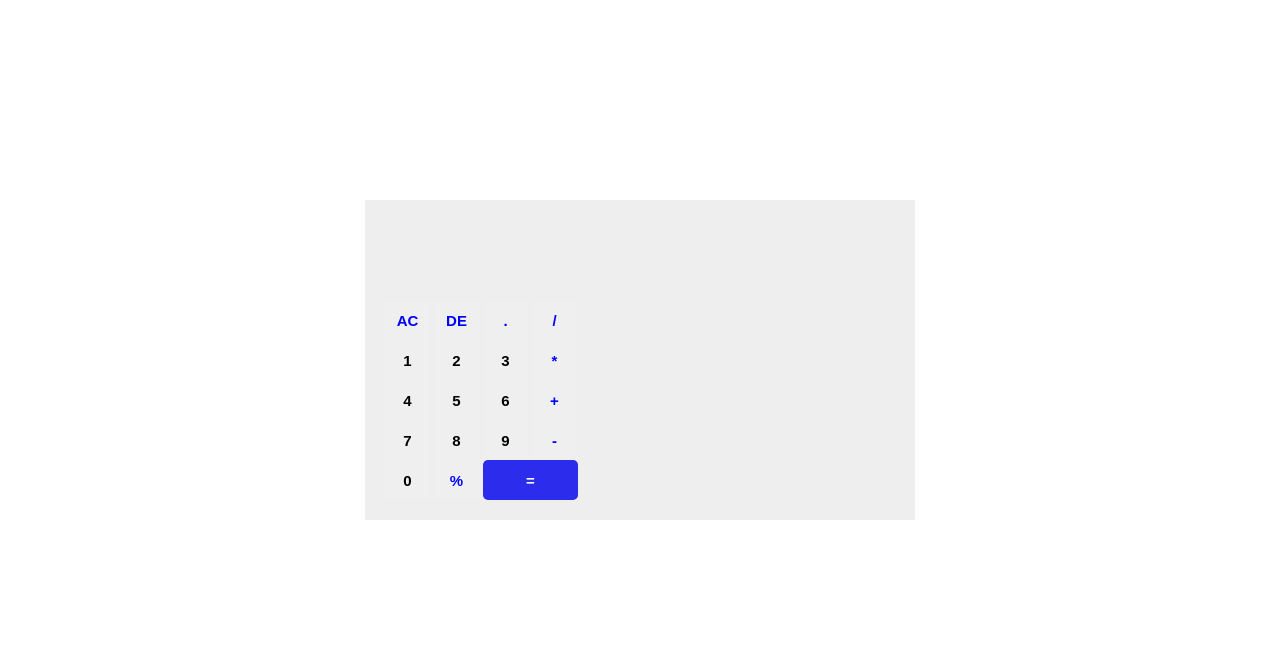
Repository: jerrys-arch/web-calculator
Page: index.html
The author's editor kept a copy of each file at every save. The page is drawn from the files as they stood at one save, then again after a run of saves.
The browser window is 1280 px wide. The pictures show the whole page.

Above is the page before, as saved 2024-11-30 15:37:50.

### index.html
<!DOCTYPE html>
<html lang="en">
<head>
    <meta charset="UTF-8">
    <meta name="viewport" content="width=device-width, initial-scale=1.0">
    <title>calculator</title>
    <link rel="stylesheet" href="styles.css">
</head>
<body>
    <div class="container">
        <div class="calculator">
            <form>
            <div class="display">
                <input id="display" type="text" disabled>
            </div>
            <div class="btn">
                <input type="button" value="AC" class="operator" onclick="clearDisplay()">
                <input type="button" value="DE" class="operator" onclick="deleteLast()">
                <input type="button" value="." class="operator" onclick="appendToDisplay('.')">
                <input type="button" value="/" class="operator" onclick="appendToDisplay('/')">
            </div>
            <div class="btn">
                <input type="button" value="1" onclick="appendToDisplay('1')">
                <input type="button" value="2" onclick="appendToDisplay('2')">
                <input type="button" value="3" onclick="appendToDisplay('3')">
                <input type="button" value="*" class="operator" onclick="appendToDisplay('*')">
            </div>
            <div>
                <input type="button" value="4" onclick="appendToDisplay('4')">
                <input type="button" value="5" onclick="appendToDisplay('5')">
                <input type="button" value="6" onclick="appendToDisplay('6')">
                <input type="button" value="+" class="operator" onclick="appendToDisplay('+')">
            </div>
            <div class="btn">
                <input type="button" value="7" onclick="appendToDisplay('7')" >
                <input type="button" value="8" onclick="appendToDisplay('8')">
                <input type="button" value="9" onclick="appendToDisplay('9')">
                <input type="button" value="-" class="operator" onclick="appendToDisplay('-')">
            </div>
            <div class="btn">
                <input type="button" value="0" onclick="appendToDisplay('0')">
                <input type="button" value="%" class="operator" onclick="calculatePercent()">
                <input type="button" value="=" id="equal" onclick="calculateResult()">
            </div>
        </form>
        </div>
    </div>
    <script src="script.js"></script>
</body>
</html>

### styles.css
*{
    margin:0;
    padding:0;
    box-sizing: border-box;
}

.container{
    display:flex;
    align-items: center;
    justify-content: center;
    height:100vh;
}
.calculator{
    align-items: center;
    padding:20px;
    width:550px;
    background: #eee;
}
.calculator form input{
    width:45px;
    height:40px;
   /* padding: 10px;*/
    border:none;
    font-size: 15px;
    font-weight: bold;
}
.calculator form .display{
   padding: 20px;

}
.calculator form #display{
   width:100%;
   border:none;
   background: transparent;
   text-align: right;

}
.calculator form #equal{
    width:95px;
    background: rgb(44, 44, 236);
    border:none;
   color:white;
   border-radius: 5px;
}
.operator{
    color:blue;
}
@media(max-width:480px){

    .calculator{
        width:;
    }
    .calculator form #equal{
        width
    }
}

### script.js

const display = document.getElementById("display");
function appendToDisplay(value){
    display.value +=value;
}
    function calculateResult() {
        try {
            display.value = new Function('return ' + display.value)();
        } catch (e) {
            display.value = 'Error';
        }
    }


function clearDisplay(){
    display.value='';
}
function deleteLast(){
    display.value=display.value.slice(0,-1);
}
function calculatePercent() {
    try {
        if (display.value.includes('+') || display.value.includes('-') || display.value.includes('*') || display.value.includes('/')) {
            // Calculate percentage of the entire result after an operator
            display.value = eval(display.value) / 100;
        } else {
            // Calculate percentage if it's just a number
            display.value = parseFloat(display.value) / 100;
        }
    } catch (e) {
        display.value = 'Error';
    }
}

After the next 2 saves:
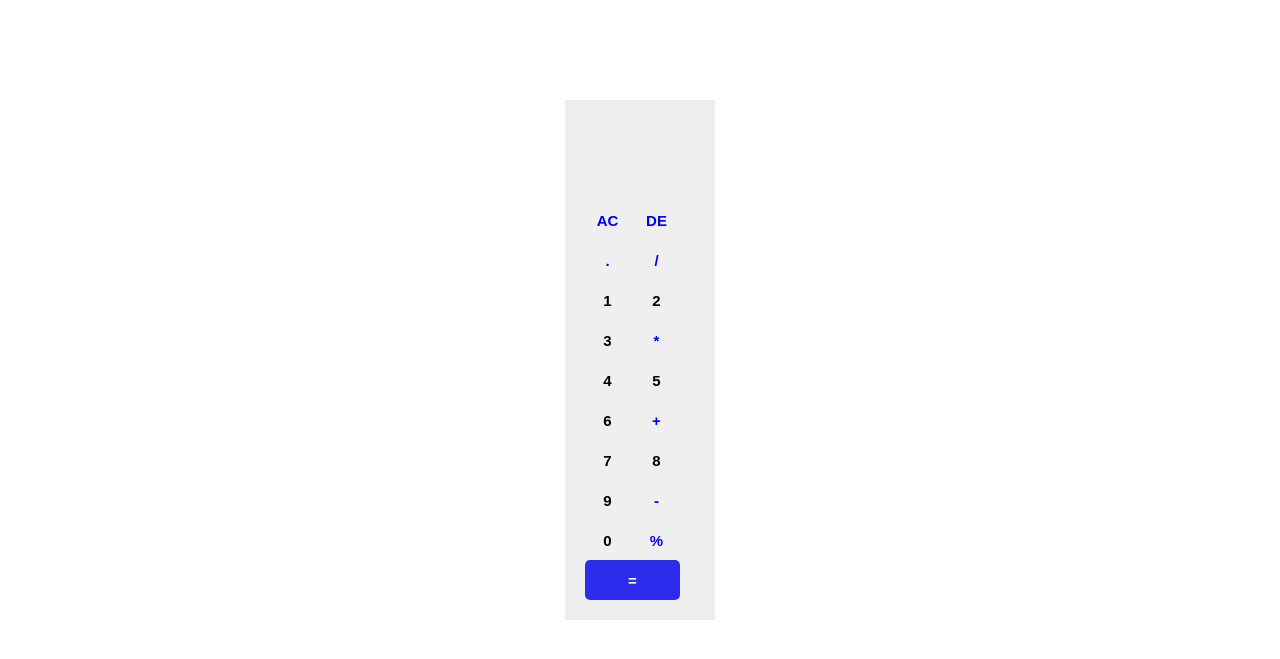
The 2 saves are shown as one change because they came seconds apart.
The last was saved 7 s later.
--- a/styles.css
+++ b/styles.css
@@ -13,7 +13,7 @@
 .calculator{
     align-items: center;
     padding:20px;
-    width:550px;
+    width:150px;
     background: #eee;
 }
 .calculator form input{
